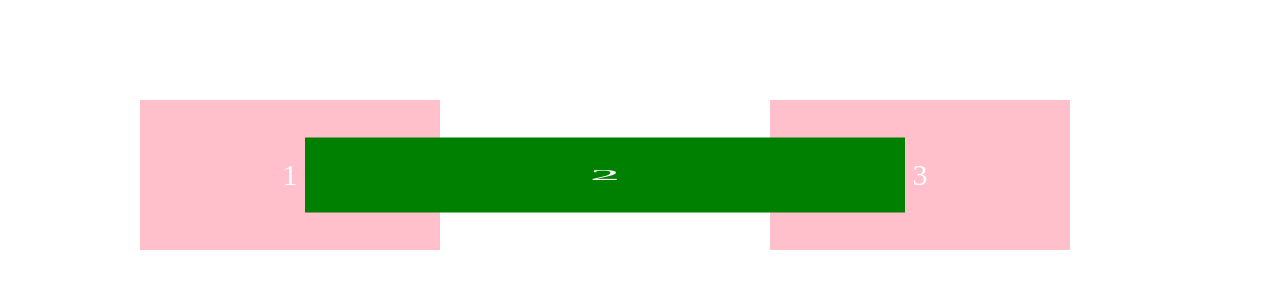
Repository: Germtao/Web
Page: web_css/css3_动画.html
The author's editor kept a copy of each file at every save. The page is drawn from the files as they stood at one save, then again after the next save.
The browser window is 1280 px wide. The pictures show the whole page.
The pointer rests on the first visible `.box .box2`.

Above is the page before, as saved 2020-11-03 10:28:19.

After the next save:
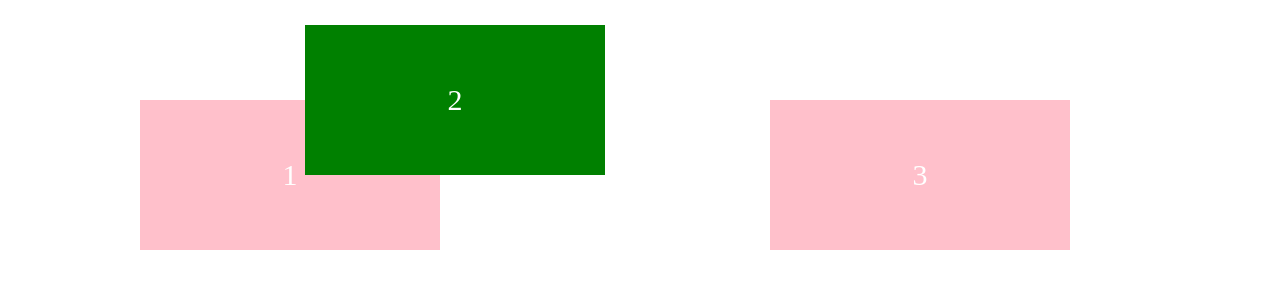
Saved 2 min 14 s later.
--- a/web_css/css3_动画.html
+++ b/web_css/css3_动画.html
@@ -108,7 +108,8 @@
     .box .box2:hover {
       background-color: green;
       /* 缩放 */
-      transform: scale(2, 0.5);
+      /* transform: scale(2, 0.5); */
+      transform: translate(-50%, -50%);
     }
   </style>
 </head>
